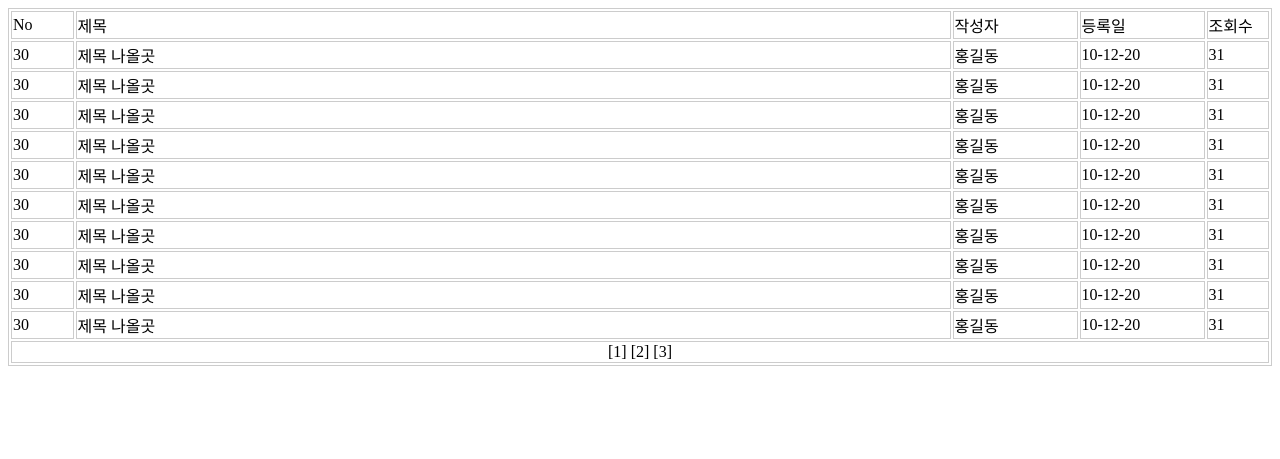
Repository: gudbrwkd98/JavaEE-JSP
Page: http://localhost/BoardApp/news/list.jsp
The author's editor kept a copy of each file at every save. The page is drawn from the files as they stood at one save, then again after the next save.
The browser window is 1280 px wide. The pictures show the whole page.
The page is served by Tomcat 9. Other server files are loaded and not shown.

Above is the page before, as saved 2020-12-09 01:23:16.

### BoardApp/WebContent/news/list.jsp
<%@ page contentType="text/html;charset=utf-8"%>
<%
	int totalRecord= 26;//총 레코드 수
	int pageSize = 10; //한페이지에 보여질  레코드 수
	int totalPage = (int)(Math.ceil((float)totalRecord/pageSize));


%>
<!DOCTYPE html>
<html>
<head>
<meta charset="utf-8">
<title>Insert title here</title>
<style>
table{
	width:100%;
	border:1px solid #cccccc;
}
td{
	border:1px solid #cccccc;
}
</style>
<script>
</script>
</head>
<body>
	<table>
		<tr>
			<td width="5%">No</td>
			<td width="70%">제목</td>
			<td width="10%">작성자</td>
			<td widht="10%">등록일</td>
			<td width="5%">조회수</td>
		</tr>
		<%for(int i = 1 ; i <=pageSize; i++){ %>
		<tr>
			<td>30</td>
			<td>제목 나올곳</td>
			<td>홍길동</td>
			<td>10-12-20</td>
			<td>31</td>
		</tr>
		<%} %>
		<tr>
			<td colspan="5" align="center">
				<%for(int i = 1 ; i<=totalPage;i++){%>
					[<%=i %>]
				<%} %>
			</td>
		</tr>
	</table>
</body>
</html>

After the next save:
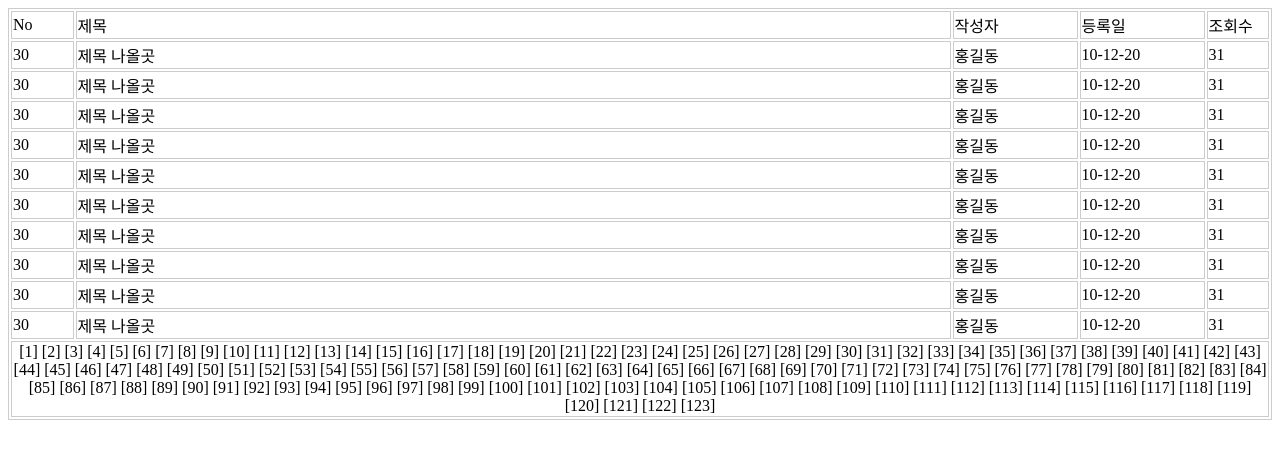
Saved 118 s later.
--- a/BoardApp/WebContent/news/list.jsp
+++ b/BoardApp/WebContent/news/list.jsp
@@ -1,8 +1,10 @@
 <%@ page contentType="text/html;charset=utf-8"%>
 <%
-	int totalRecord= 26;//총 레코드 수
+	int totalRecord= 1226;//총 레코드 수
 	int pageSize = 10; //한페이지에 보여질  레코드 수
 	int totalPage = (int)(Math.ceil((float)totalRecord/pageSize));
+	int blockSize = 10 ; //블럭당 보여질 페이지 수
+
 
 
 %>
